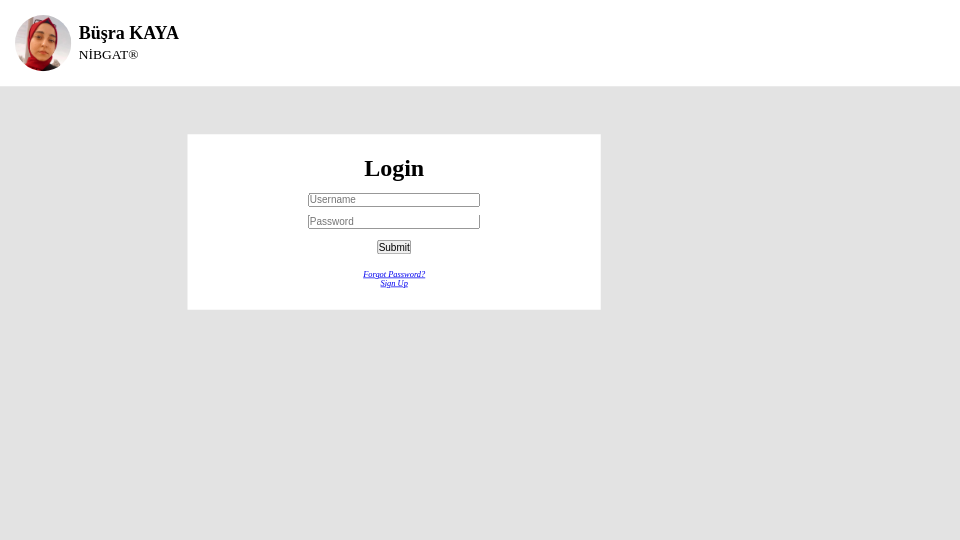
Repository: busra-kayaa/LoginPage
Page: login.html
The author's editor kept a copy of each file at every save. The page is drawn from the files as they stood at one save, then again after a run of saves.
The browser window is 1280 px wide. The pictures show the whole page, at 75% of full size.

Above is the page before, as saved 2024-01-02 18:12:20.

After the next 2 saves:
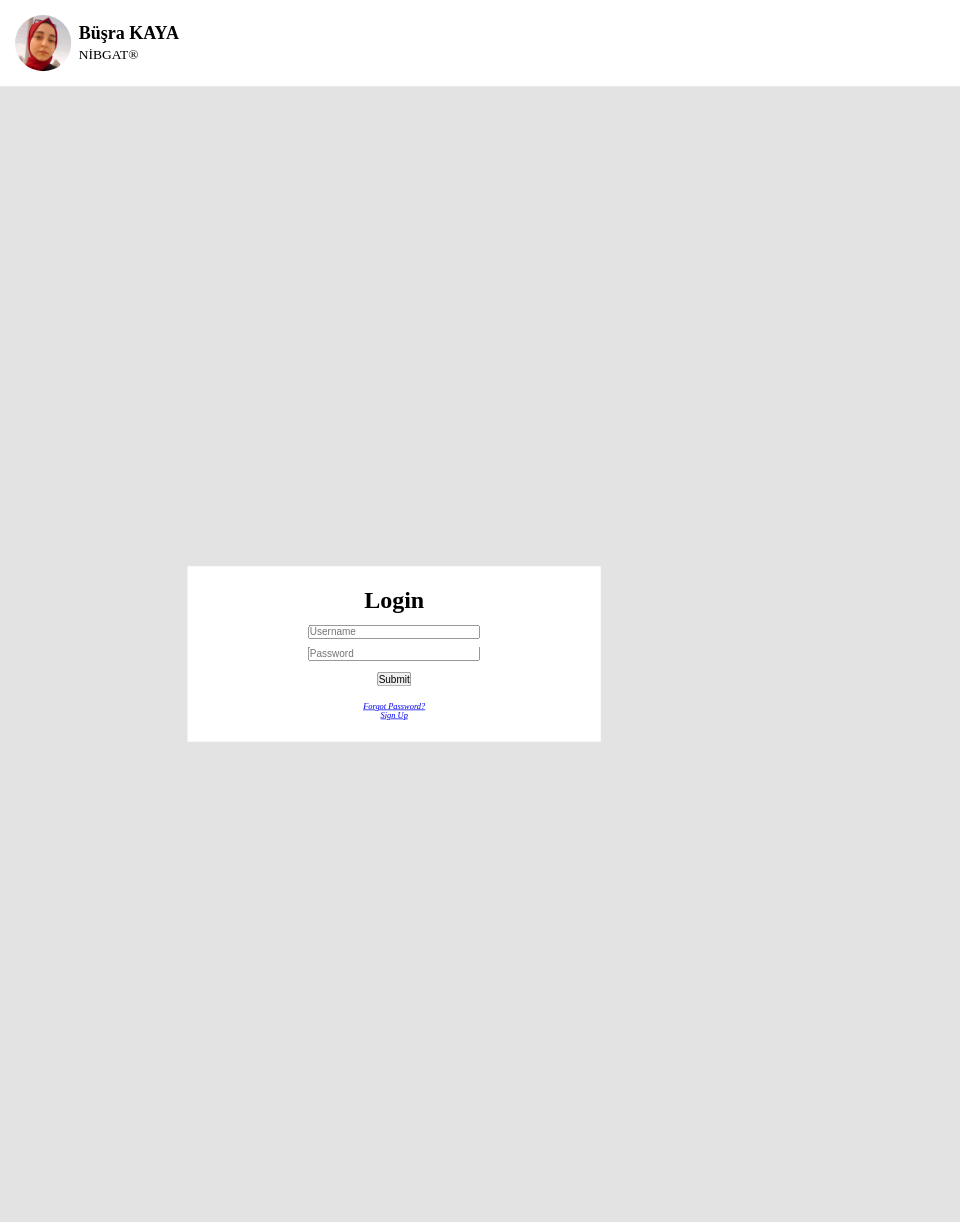
The 2 saves are shown as one change because they came seconds apart.
The last was saved 15 s later.
--- a/style.css
+++ b/style.css
@@ -53,8 +53,8 @@
     align-items: center;
     text-align: center;
     display: flex;
-    margin-top: 5%;
-    margin-bottom: 5%;
+    margin-top: 50%;
+    margin-bottom: 50%;
     margin-right: 250px;
     margin-left: 250px;
     padding: 2%;

After the save that followed:
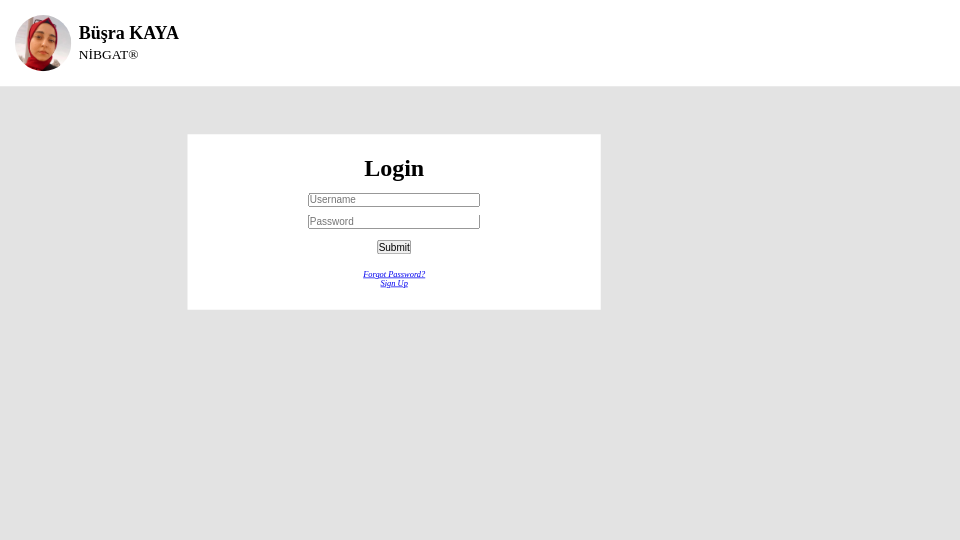
Saved 9 s later.
--- a/style.css
+++ b/style.css
@@ -53,8 +53,8 @@
     align-items: center;
     text-align: center;
     display: flex;
-    margin-top: 50%;
-    margin-bottom: 50%;
+    margin-top: 5%;
+    margin-bottom: 5%;
     margin-right: 250px;
     margin-left: 250px;
     padding: 2%;
